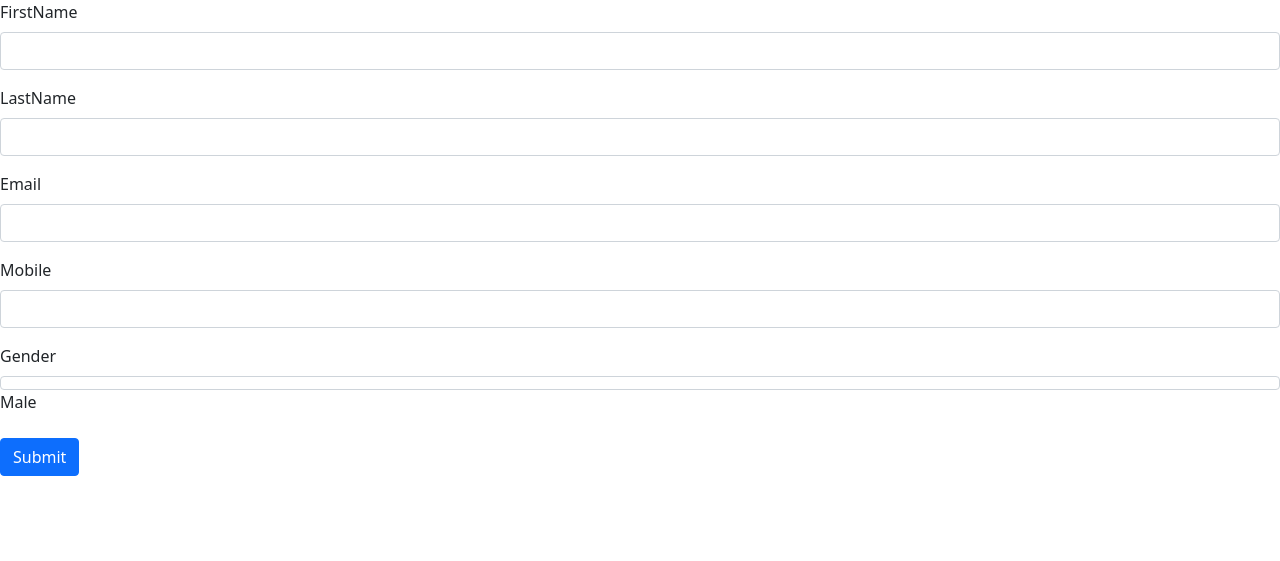
Repository: 2001Yogi/JavaWebAssignment
Page: http://localhost/StudentInformation/
An editor plug-in stored every save of this project. The page is shown before and after the next save, followed by the edit.
The browser window is 1280 px wide. The pictures show the whole page.
The page is served by Tomcat 9.

Above is the page before, as saved 2024-09-17 12:51:28.

After the next save:
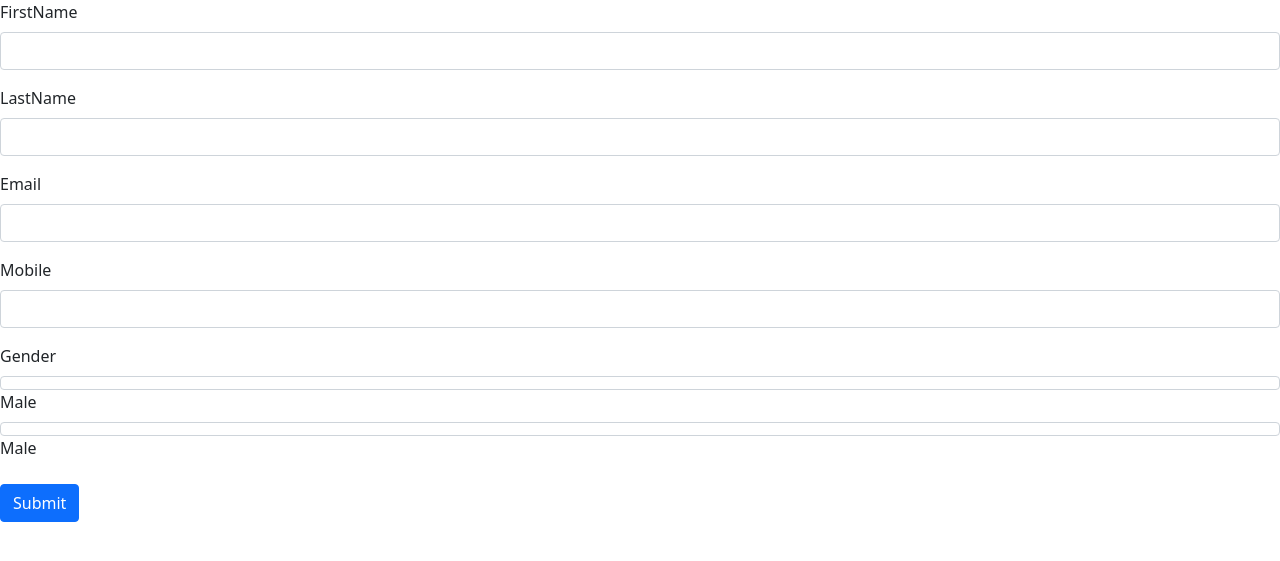
Saved 17 s later.
--- a/StudentInformation/src/main/webapp/index.jsp
+++ b/StudentInformation/src/main/webapp/index.jsp
@@ -42,7 +42,8 @@
 				<input type="number" class="form-control" id="mobile">
 		</div>
 		<div class="mb-3">
-			<label class="form-label">Gender</label>
+			<label class="me-2 form-label">Gender</label>
+				<input type="Radio" class="form-control" id="fname"><label class="form-label">Male</label>
 				<input type="Radio" class="form-control" id="fname"><label class="form-label">Male</label>
 		</div>
 
